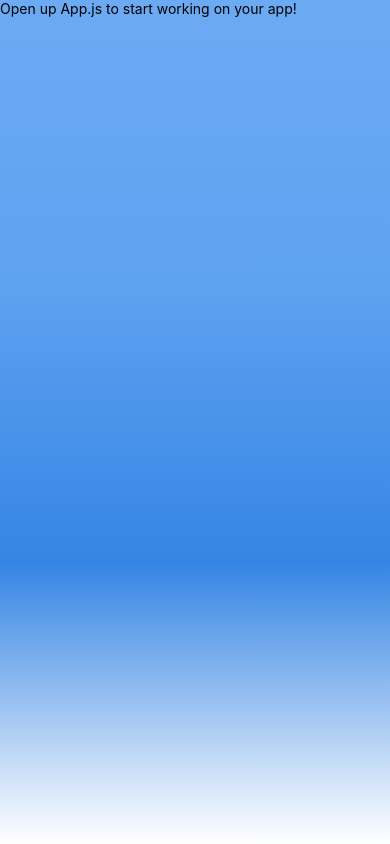
Repository: kamarajcalm/loginpage
Screen: /
The author's editor kept a copy of each file at every save. The screen is drawn from the files as they stood at one save, then again after the next save.
The app was drawn by React Native's web renderer in a window 390 px wide. The project was rebuilt for these pictures with package versions that can differ from the ones it lists, and the page was loaded fresh each time.

Above is the screen before, as saved 2021-12-25 23:39:05.

### App.js
import { StatusBar } from 'expo-status-bar';
import { StyleSheet, Text, View } from 'react-native';
import { LinearGradient } from 'expo-linear-gradient';
export default function App() {
  return (
    <LinearGradient style={styles.container}
      colors={['#6CAAF3', "#5FA2F1", "#3585E4", 'transparent']}
    >
      <Text>Open up App.js to start working on your app!</Text>
      <StatusBar style="auto" />
    </LinearGradient>
  );
}

const styles = StyleSheet.create({
  container: {
    flex: 1,

  },
});

After the next save:
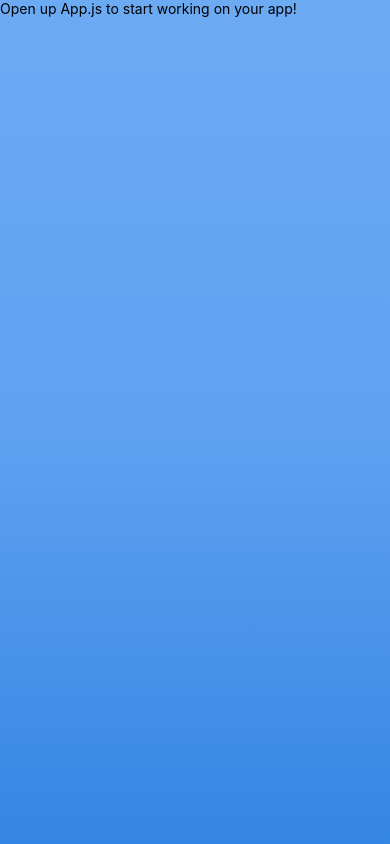
Saved 55 s later.
--- a/App.js
+++ b/App.js
@@ -4,7 +4,7 @@ import { LinearGradient } from 'expo-linear-gradient';
 export default function App() {
   return (
     <LinearGradient style={styles.container}
-      colors={['#6CAAF3', "#5FA2F1", "#3585E4", 'transparent']}
+      colors={['#6CAAF3', "#5FA2F1", "#3585E4",]}
     >
       <Text>Open up App.js to start working on your app!</Text>
       <StatusBar style="auto" />
